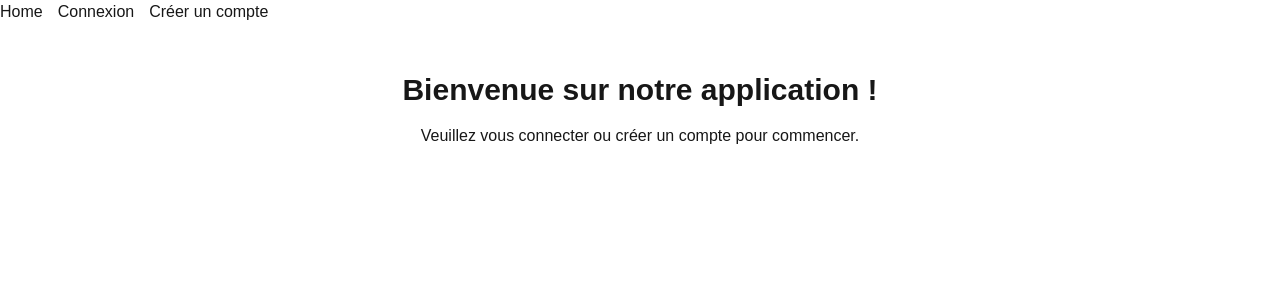
Repository: ricardo-plp/reservation-park
Page: /
These files come from the project's save history. The page is drawn as it stood at one moment and after the next save; the edit follows.
The browser window is 1280 px wide. The pictures show the whole page.
The page's requests for data from a server got no answer. The project was rebuilt for these pictures with package versions that can differ from the ones it lists, and the page was loaded fresh each time. The framework's server and built-in components were replaced by stand-ins that run in the browser. No one was signed in, and anything a server would have sent is missing. Also part of the build but not shown: next.config.ts.

Above is the page before, as saved 2025-02-09 13:24:36.

### src/app/layout.tsx
// src/app/layout.tsx

import { SessionProvider } from "next-auth/react";
import { ReactNode } from "react";
import "../styles/globals.css"; // Ajoute ton CSS global ici

export default function RootLayout({ children }: { children: ReactNode }) {
  return (
    <html lang="fr">
      <body>
        {/* Enveloppe le contenu de l'application avec SessionProvider */}
        <SessionProvider>{children}</SessionProvider>
      </body>
    </html>
  );
}

### src/app/page.tsx
// src/app/home/page.tsx

import Navbar from "../components/NavBar";

const HomePage = () => {
  return (
    <div>
      <Navbar />
      <div className="text-center mt-12">
        <h1 className="text-3xl font-bold">
          Bienvenue sur notre application !
        </h1>
        <p className="mt-4">
          Veuillez vous connecter ou créer un compte pour commencer.
        </p>
      </div>
    </div>
  );
};

export default HomePage;

### src/components/NavBar.tsx
// src/components/Navbar.tsx
"use client";

import { useSession, signOut } from "next-auth/react";
import Link from "next/link";

const Navbar = () => {
  const { data: session } = useSession(); // Récupère les informations de la session

  return (
    <nav>
      <ul style={{ listStyle: "none", display: "flex", gap: "15px" }}>
        <li>
          <Link href="/">Home</Link>
        </li>

        {session ? (
          <>
            <li>
              <Link href="/profile">Mon Profil</Link>
            </li>
            <li>
              <Link href="/profile/update">Modifier mon profil</Link>
            </li>
            <li>
              <Link href="/profile/delete">Supprimer mon profil</Link>
            </li>
            <li>
              <button onClick={() => signOut()}>Déconnexion</button>
            </li>
          </>
        ) : (
          <>
            <li>
              <Link href="/api/auth/signin">Connexion</Link>
            </li>
            <li>
              <Link href="/signup">Créer un compte</Link>
            </li>
          </>
        )}
      </ul>
    </nav>
  );
};

export default Navbar;

Loaded but not shown: src/app/globals.css (common file); tailwind.config.ts (common file)

After the next save:
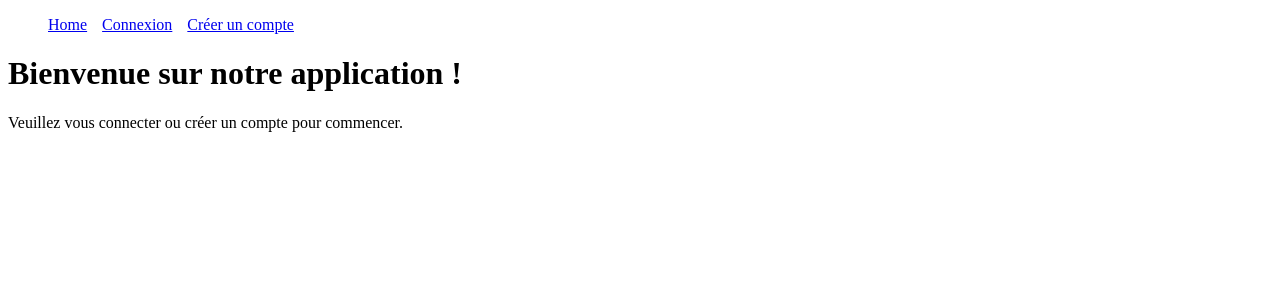
Saved 15 s later.
--- a/src/app/layout.tsx
+++ b/src/app/layout.tsx
@@ -2,7 +2,6 @@
 
 import { SessionProvider } from "next-auth/react";
 import { ReactNode } from "react";
-import "../styles/globals.css"; // Ajoute ton CSS global ici
 
 export default function RootLayout({ children }: { children: ReactNode }) {
   return (
